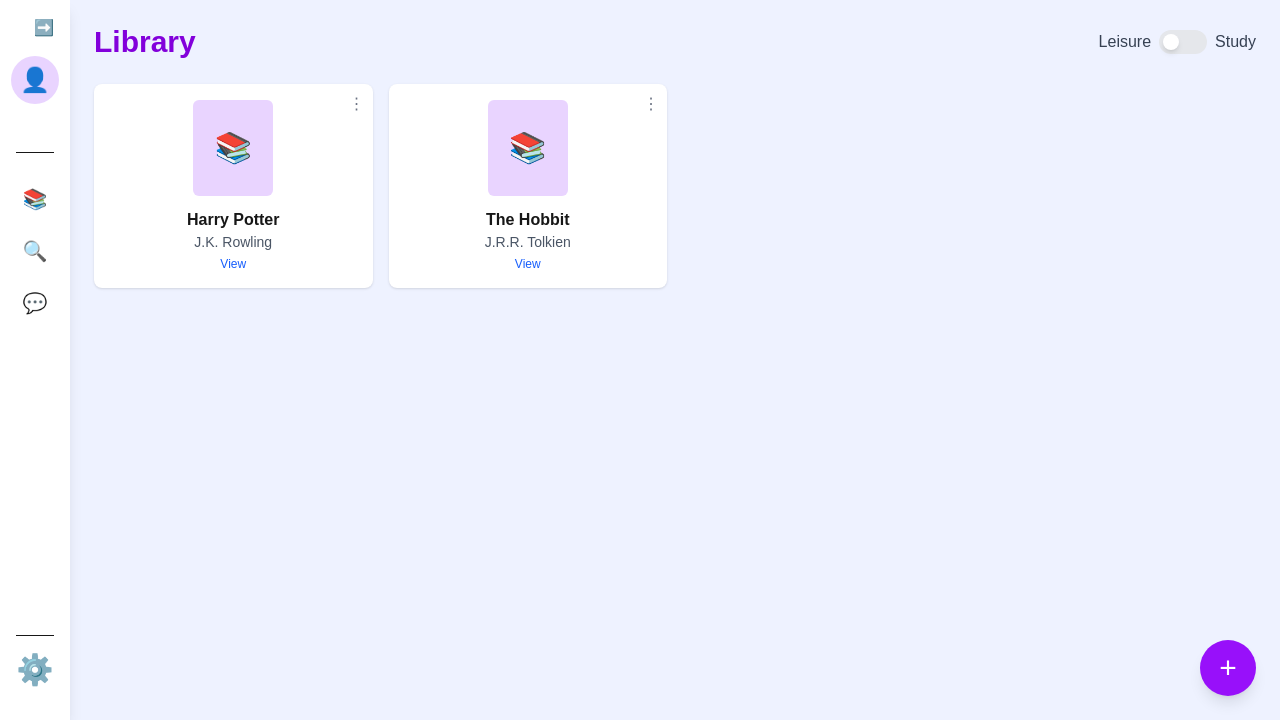
Repository: ramosfranz/bookie
Page: /dashboard
The author's editor kept a copy of each file at every save. The page is drawn from the files as they stood at one save, then again after the next save.
The browser window is 1280 px wide. The pictures show the whole page.
The project was rebuilt for these pictures with package versions that can differ from the ones it lists, and the page was loaded fresh each time. The framework's server and built-in components were replaced by stand-ins that run in the browser. Also part of the build but not shown: next.config.ts.

Above is the page before, as saved 2025-11-20 15:17:33.

### src/app/layout.tsx
import type { Metadata } from "next";
import { Geist, Geist_Mono } from "next/font/google";
import "./globals.css";

const geistSans = Geist({
  variable: "--font-geist-sans",
  subsets: ["latin"],
});

const geistMono = Geist_Mono({
  variable: "--font-geist-mono",
  subsets: ["latin"],
});

export const metadata: Metadata = {
  title: "Bookie",
  description: "Generated by create next app",
};

export default function RootLayout({
  children,
}: Readonly<{
  children: React.ReactNode;
}>) {
  return (
    <html lang="en">
      <body
        className={`${geistSans.variable} ${geistMono.variable} antialiased`}
      >
        {children}
      </body>
    </html>
  );
}

### src/app/dashboard/page.tsx
"use client";

import { useState } from "react";
import Sidebar from "../components/Sidebar";

// Hardcoded dummy user
const dummyUser = {
  id: "00000000-0000-0000-0000-000000000001",
  email: "test@example.com",
  username: "TestUser",
};

// Dummy libraries
const initialResearchLibrary = [
  { id: "1", title: "Deep Learning Paper", authors: ["Ian Goodfellow"], url: "https://example.com/dl-paper.pdf" },
  { id: "2", title: "Phishing Detection Study", authors: ["Alice Smith"], url: "https://example.com/phishing-study.pdf" },
];

const initialLeisureLibrary = [
  { id: "1", title: "Harry Potter", authors: ["J.K. Rowling"], url: "https://example.com/harry-potter" },
  { id: "2", title: "The Hobbit", authors: ["J.R.R. Tolkien"], url: "https://example.com/the-hobbit" },
];

export default function Dashboard() {
  const user = dummyUser;

  const [activeTab, setActiveTab] = useState<"dashboard" | "discover" | "chat">("dashboard");
  const [libraryTab, setLibraryTab] = useState<"leisure" | "research">("leisure");
  const [researchLibrary, setResearchLibrary] = useState(initialResearchLibrary);
  const [leisureLibrary, setLeisureLibrary] = useState(initialLeisureLibrary);
  const [formTitle, setFormTitle] = useState("");
  const [formAuthors, setFormAuthors] = useState("");
  const [formUrl, setFormUrl] = useState("");
  const [editingId, setEditingId] = useState<string | null>(null);
  const [showModal, setShowModal] = useState(false);
  const [activeDropdown, setActiveDropdown] = useState<string | null>(null);
  const [confirmDelete, setConfirmDelete] = useState<{ id: string; title: string } | null>(null);

  const currentLibrary = libraryTab === "research" ? researchLibrary : leisureLibrary;
  const setCurrentLibrary = libraryTab === "research" ? setResearchLibrary : setLeisureLibrary;

  // Add or edit
  const handleSubmit = (e: React.FormEvent) => {
    e.preventDefault();
    if (!formTitle.trim()) return;

    const authorsArray = formAuthors.split(",").map((a) => a.trim());

    if (editingId) {
      setCurrentLibrary((prev) =>
        prev.map((item) =>
          item.id === editingId
            ? { ...item, title: formTitle, authors: authorsArray, url: formUrl }
            : item
        )
      );
    } else {
      const newItem = {
        id: Math.random().toString(36).substr(2, 9),
        title: formTitle,
        authors: authorsArray,
        url: formUrl,
      };
      setCurrentLibrary((prev) => [...prev, newItem]);
    }

    setFormTitle("");
    setFormAuthors("");
    setFormUrl("");
    setEditingId(null);
    setShowModal(false);
  };

  // Delete
  const handleDelete = (id: string) => {
    setCurrentLibrary((prev) => prev.filter((item) => item.id !== id));
  };

  // Edit
  const handleEdit = (item: { id: string; title: string; authors: string[]; url: string }) => {
    setEditingId(item.id);
    setFormTitle(item.title);
    setFormAuthors(item.authors.join(", "));
    setFormUrl(item.url);
    setShowModal(true);
  };

  return (
    <div className="min-h-screen bg-indigo-50 flex">
      {/* Sidebar */}
      <Sidebar activeTab={activeTab} user={user} />

      {/* Main content */}
      <main className="flex-1 p-6 relative">
       {/* Header with toggle */}
<div className="flex items-center justify-between mb-6">
  {/* Title */}
  <h1 className="text-3xl font-bold text-purple-700">Library</h1>

  {/* Leisure / Study Toggle */}
  <div className="flex items-center gap-2">
    <span className="text-gray-700">Leisure</span>
    <label className="relative inline-flex items-center cursor-pointer">
      <input
        type="checkbox"
        className="sr-only peer"
        checked={libraryTab === "research"}
        onChange={() =>
          setLibraryTab(libraryTab === "research" ? "leisure" : "research")
        }
      />
      <div className="w-12 h-6 bg-gray-200 peer-focus:outline-none rounded-full peer peer-checked:bg-purple-600 transition-all"></div>
      <div
        className={`absolute left-1 top-1 w-4 h-4 bg-white rounded-full shadow-md transition-transform ${
          libraryTab === "research" ? "translate-x-6" : ""
        }`}
      ></div>
    </label>
    <span className="text-gray-700">Study</span>
  </div>
</div>


        {/* Grid view */}
        <div className="grid grid-cols-2 sm:grid-cols-3 md:grid-cols-4 gap-4">
          {currentLibrary.map((item) => (
            <div
              key={item.id}
              className="relative p-4 bg-white rounded-lg shadow flex flex-col items-center hover:shadow-md transition"
            >
              {/* Book settings */}
              <div className="absolute top-2 right-2">
                <div className="relative inline-block text-left">
                  <button
                    className="text-gray-500 hover:text-gray-700"
                    onClick={() => setActiveDropdown(item.id)}
                  >
                    ⋮
                  </button>

                  {activeDropdown === item.id && (
                    <div className="origin-top-right absolute right-0 mt-2 w-28 rounded-md shadow-lg bg-white ring-1 ring-black ring-opacity-5 z-50">
                      <div className="py-1">
                        <button
                          onClick={() => {
                            handleEdit(item);
                            setActiveDropdown(null);
                          }}
                          className="w-full text-left px-4 py-2 text-sm text-gray-700 hover:bg-gray-100"
                        >
                          Edit
                        </button>
                        <button
                          onClick={() => {
                            setConfirmDelete({ id: item.id, title: item.title });
                            setActiveDropdown(null);
                          }}
                          className="w-full text-left px-4 py-2 text-sm text-red-600 hover:bg-gray-100"
                        >
                          Delete
                        </button>
                      </div>
                    </div>
                  )}
                </div>
              </div>

              {/* Book icon */}
              {item.url ? (
                <a
                  href={item.url}
                  target="_blank"
                  rel="noopener noreferrer"
                  className="w-16 h-20 sm:w-20 sm:h-24 bg-purple-200 rounded-md mb-3 flex items-center justify-center text-3xl hover:bg-purple-300 transition"
                >
                  📚
                </a>
              ) : (
                <div className="w-16 h-20 sm:w-20 sm:h-24 bg-purple-200 rounded-md mb-3 flex items-center justify-center text-3xl">
                  📚
                </div>
              )}

              <strong className="text-center text-sm sm:text-base">{item.title}</strong>
              <p className="text-xs sm:text-sm text-gray-600 text-center">{item.authors.join(", ")}</p>

              {item.url && (
                <a
                  href={item.url}
                  target="_blank"
                  rel="noopener noreferrer"
                  className="text-blue-600 text-xs mt-1 hover:underline"
                >
                  View
                </a>
              )}
            </div>
          ))}
        </div>

        {/* Floating + Button */}
        <button
          className="fixed bottom-6 right-6 w-14 h-14 bg-purple-600 text-white text-3xl rounded-full shadow-lg hover:bg-purple-700 transition flex items-center justify-center"
          onClick={() => setShowModal(true)}
        >
          +
        </button>

        {/* Modal and Confirm Delete omitted for brevity */}
      </main>
    </div>
  );
}

### src/app/components/Sidebar.tsx
"use client";

import { useState } from "react";
import Link from "next/link";

export default function Sidebar({ activeTab, user }) {
  const [isCollapsed, setIsCollapsed] = useState(true);


  return (
    <aside
      className={`${
        isCollapsed ? "w-[70px]" : "w-[180px]"
      } bg-white shadow-lg p-4 flex flex-col items-center transition-all duration-300`}
    >
      {/* Collapse Button */}
      <button
        onClick={() => setIsCollapsed(!isCollapsed)}
        className="self-end text-gray-500 hover:text-gray-700 mb-4"
      >
        {isCollapsed ? "➡️" : "⬅️"}
      </button>

      {/* Profile Section */}
      <div className="mb-8 flex flex-col items-center">
        <div className="w-12 h-12 bg-purple-200 rounded-full flex items-center justify-center text-2xl">
          👤
        </div>
        {!isCollapsed && (
          <p className="mt-3 font-semibold text-purple-700">{user.username}</p>
        )}
      </div>

      <div className="w-full border-t my-4"></div>

      {/* Tabs */}
      <nav className="flex flex-col items-center gap-6 mt-4">

        {/* Library (Leisure + Study) */}
        <Link
          href="/dashboard"
          className={`flex flex-col items-center text-xl ${
            activeTab === "dashboard"
              ? "text-purple-600"
              : "text-gray-500 hover:text-gray-700"
          }`}
        >
          📚
          {!isCollapsed && <span className="text-sm mt-1">Library</span>}
        </Link>

        {/* Discover */}
        <Link
          href="/discover"
          className={`flex flex-col items-center text-xl ${
            activeTab === "discover"
              ? "text-purple-600"
              : "text-gray-500 hover:text-gray-700"
          }`}
        >
          🔍
          {!isCollapsed && <span className="text-sm mt-1">Discover</span>}
        </Link>

        {/* Chat */}
        <Link
          href="/chat"
          className={`flex flex-col items-center text-xl ${
            activeTab === "chat"
              ? "text-purple-600"
              : "text-gray-500 hover:text-gray-700"
          }`}
        >
          💬
          {!isCollapsed && <span className="text-sm mt-1">Chat</span>}
        </Link>
      </nav>

      <div className="w-full border-t my-4 mt-auto"></div>

      <button className="text-gray-500 hover:text-gray-700 text-3xl mb-4">
        ⚙️
      </button>
    </aside>
  );
}

Loaded but not shown: src/app/globals.css (common file)

After the next save:
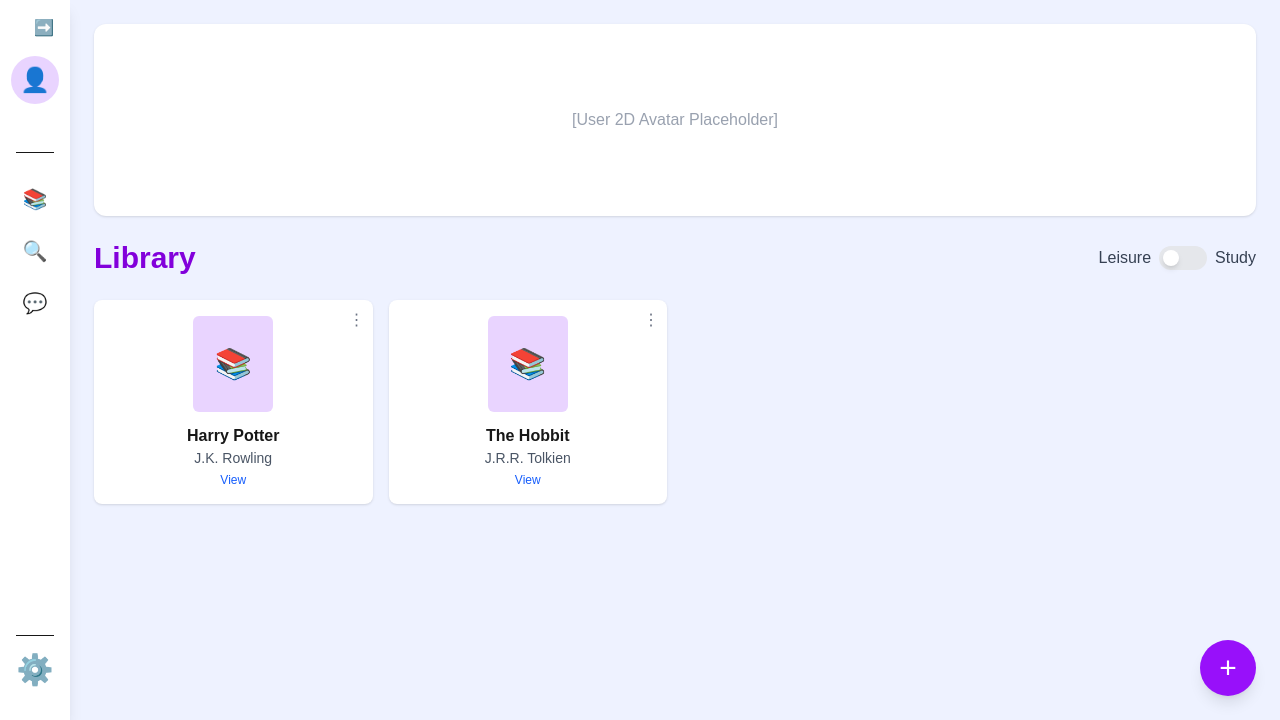
Saved 4 min 37 s later.
--- a/src/app/dashboard/page.tsx
+++ b/src/app/dashboard/page.tsx
@@ -92,8 +92,12 @@
 
       {/* Main content */}
       <main className="flex-1 p-6 relative">
+       <div className="w-full h-48 bg-white rounded-xl shadow flex items-center justify-center mb-6">
+  <span className="text-gray-400">[User 2D Avatar Placeholder]</span>
+</div>
+
        {/* Header with toggle */}
-<div className="flex items-center justify-between mb-6">
+  <div className="flex items-center justify-between mb-6">
   {/* Title */}
   <h1 className="text-3xl font-bold text-purple-700">Library</h1>
 
